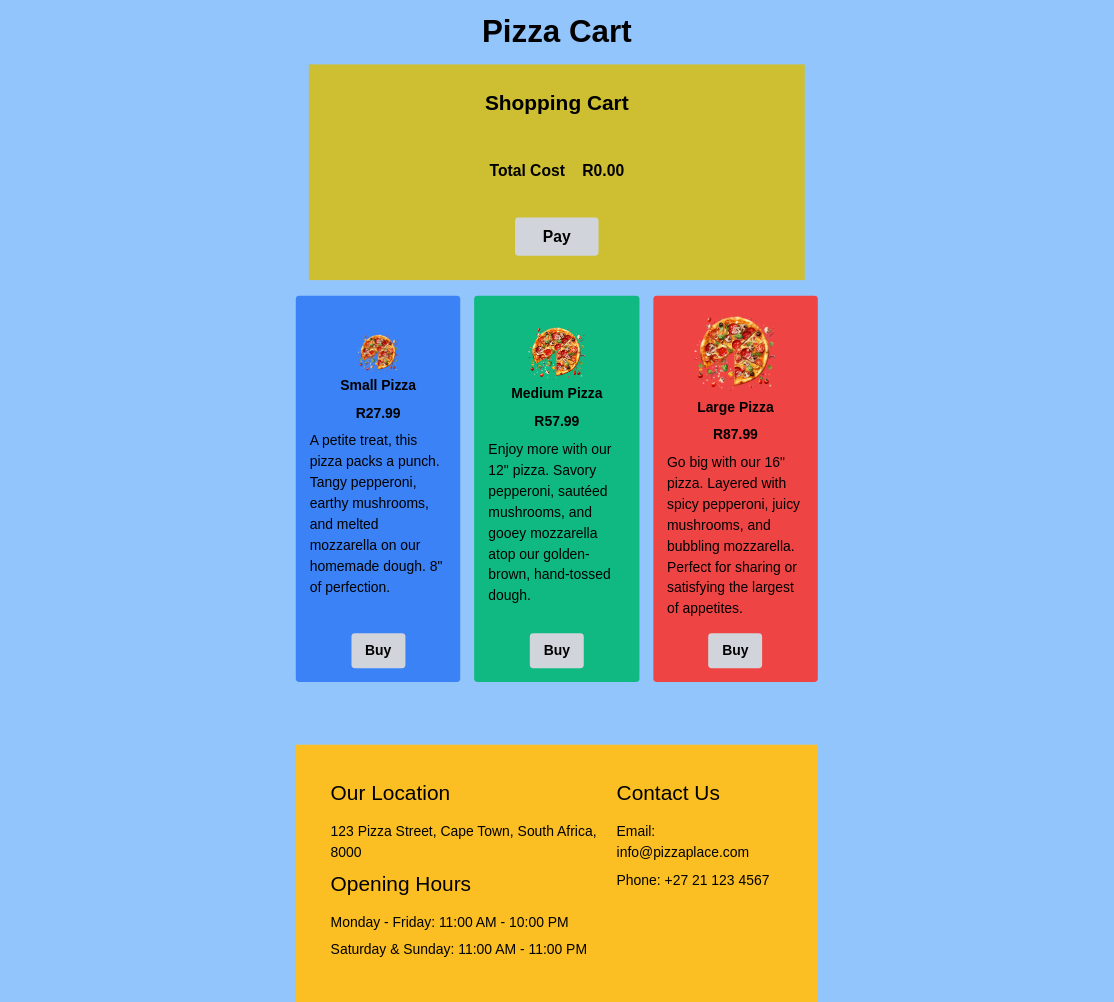
Repository: lasity34/pizza-cart-with-api
Page: index.html
The author's editor kept a copy of each file at every save. The page is drawn from the files as they stood at one save, then again after the next save.
The browser window is 1280 px wide. The pictures show the whole page, at 87% of full size.
The page's requests for data from a server got no answer. Some web fonts or font styles are not loaded; a fallback is used. Some web libraries are served in a nearby version.

Above is the page before, as saved 2023-07-13 14:14:18.
Console error (its wording comes from the project's code and is left out).

### index.html
<!DOCTYPE html>
<html lang="en">
  <head>
    <meta charset="UTF-8" />
    <meta name="viewport" content="width=device-width, initial-scale=1.0" />
    <title>Pizza Cart</title>
    <script src="//unpkg.com/alpinejs" defer></script>
    <link
      href="https://cdn.jsdelivr.net/npm/tailwindcss@2.1.2/dist/tailwind.min.css"
      rel="stylesheet"
    />
    <script
      src="https://cdnjs.cloudflare.com/ajax/libs/axios/1.4.0/axios.min.js"
      integrity="sha512-uMtXmF28A2Ab/JJO2t/vYhlaa/3ahUOgj1Zf27M5rOo8/+fcTUVH0/E0ll68njmjrLqOBjXM3V9NiPFL5ywWPQ=="
      crossorigin="anonymous"
      referrerpolicy="no-referrer"
    ></script>
    <link href="./style.css" rel="stylesheet" />
    <link rel="preconnect" href="https://fonts.googleapis.com" />
    <link rel="preconnect" href="https://fonts.gstatic.com" crossorigin />
    <link
      href="https://fonts.googleapis.com/css2?family=Titillium+Web:ital@0;1&family=Tsukimi+Rounded:wght@300;400;500&display=swap"
      rel="stylesheet"
    />
  </head>
  <body x-data="pizzaCart" class="bg-blue-300" x-cloak>
    <section class="flex justify-center items-center">
      <h1 class="text-4xl pt-4 font-bold">Pizza Cart</h1>
    </section>

    <section
      class="shop-container my-5 p-7 flex flex-col text-xs sm:text-base md:text-lg lg:text-lg justify-center items-center"
    >
      <h2 class="text-2xl mb-2 font-bold">Shopping Cart</h2>
      <div class="mt-6 flex flex-col items-center">
        <div>

        <template x-for="pizza in cartPizzas">
            <div class="flex items-center mb-4">
                <p class="font-bold mr-2" x-text="pizza.flavour"></p>
                <p x-text="pizza.size">Size</p>
                <div class="ml-5">
                  <button
                    @click="increment('large')"
                    class="bg-gray-300 hover:bg-gray-400 rounded-lg px-3 py-1 mr-2 font-bold"
                  >
                    +
                  </button>
                  <button
                    @click="decrement('large')"
                    class="bg-gray-300 hover:bg-gray-400 rounded-lg px-3 py-1 font-bold"
                  >
                    -
                  </button>
                </div>
                <p class="ml-4 text-xs sm:text-sm md:text-lg lg:text-2xl">
                  R<span x-text="pizza.price"
                    ></span
                  >
                </p>
            </div>
        </template>
        </div>
        <div class="flex justify-center mt-4">
          <p class="font-bold">Total Cost</p>
          <p class="ml-5 font-bold">
            R<span x-text="total().toFixed(2)">0.00</span>
          </p>
        </div>
        <div class="mt-4">
          <span x-html="payMessage"></span>
        </div>

        <div class="mt-4" x-show="total() !== 0" x-cloak>
          <label class="font-bold">Payment Amount:</label>
          <input
            placeholder="Enter payment here"
            type="number"
            step="0.01"
            class="rounded ml-2 py-2"
            x-model="paymentAmount"
          />
        </div>
        <div class="mt-6">
          <button
            x-cloak
            @click="paymentTotal()"
            class="bg-gray-300 hover:bg-gray-400 py-2 px-8 rounded font-bold"
          >
            <span x-text="total() === 0 ? 'Pay' : 'Checkout'"></span>
          </button>
        </div>
      </div>
    </section>

    <section class="pizza_columns">
      <div
        class="flex flex-col gap-4 mx-auto items-center lg:items-stretch lg:flex-row justify-center"
      >
        <div
          class="flex bg-blue-500 rounded p-4 w-4/5 lg:w-4/5 flex-grow flex-shrink flex flex-col justify-between text-black items-center"
        >
          <div class="flex-grow flex flex-col items-center justify-center">
            <img src="./pizza.png" width="50" />
            <h3 class="mb-2 font-bold">Small Pizza</h3>
            <h3 class="mb-2 font-bold">R27.99</h3>
            <p class="mb-4">
              A petite treat, this pizza packs a punch. Tangy pepperoni, earthy
              mushrooms, and melted mozzarella on our homemade dough. 8" of
              perfection.
            </p>
          </div>
          <button
            @click="buy('small')"
            :disabled="smallAdded"
            class="bg-gray-300 hover:bg-gray-400 transition-colors duration-300 py-2 px-4 rounded font-bold"
          >
            Buy
          </button>
        </div>
        <div
          class="pizza_md bg-green-500 rounded p-4 w-4/5 lg:w-4/5 flex-grow flex-shrink flex flex-col justify-between text-black items-center"
        >
          <div class="flex-grow flex flex-col items-center justify-center">
            <img src="./pizza.png" width="70" />
            <h3 class="mb-2 font-bold">Medium Pizza</h3>
            <h3 class="mb-2 font-bold">R57.99</h3>
            <p class="mb-4">
              Enjoy more with our 12" pizza. Savory pepperoni, sautéed
              mushrooms, and gooey mozzarella atop our golden-brown, hand-tossed
              dough.
            </p>
          </div>
          <button
            @click="buy('medium')"
            :disabled="mediumAdded"
            class="bg-gray-300 hover:bg-gray-400 transition-colors duration-300 py-2 px-4 rounded font-bold"
          >
            Buy
          </button>
        </div>
        <div
          class="pizza_lg bg-red-500 rounded p-4 w-4/5 lg:w-4/5 flex-grow flex-shrink flex flex-col justify-between text-black items-center"
        >
          <div class="flex-grow flex flex-col items-center justify-center">
            <img src="./pizza.png" width="100" />
            <h3 class="mb-2 font-bold">Large Pizza</h3>
            <h3 class="mb-2 font-bold">R87.99</h3>
            <p class="mb-4">
              Go big with our 16" pizza. Layered with spicy pepperoni, juicy
              mushrooms, and bubbling mozzarella. Perfect for sharing or
              satisfying the largest of appetites.
            </p>
          </div>
          <button
            @click="buy('large')"
            :disabled="largeAdded"
            class="bg-gray-300 hover:bg-gray-400 transition-colors duration-300 py-2 px-4 rounded font-bold"
          >
            Buy
          </button>
        </div>
      </div>
    </section>
    <!-- all pizzas display -->
    <section class="mt-8">
        <div class="flex flex-col items-center">
            <template x-for="pizza in pizzas">
                <div class="flex items-center border-b border-gray-200 bg-yellow-500 shadow-lg rounded-lg px-4 py-4 my-4 w-full max-w-xl">
                    <div class="w-24 h-24 flex-shrink-0">
                        <img src="./pizza.png" class="w-full h-full object-cover rounded-lg" />
                    </div>
                    <div class="ml-4 flex-grow flex justify-around">
                        <h5 class="text-lg font-bold text-black" x-text="pizza.flavour"></h5>
                        <p class="text-lg text-black mb-4 mr-2">R<span x-text="pizza.price"></span></p>
                    </div>
                    <div>
                        <button class="bg-gray-600 hover:bg-gray-700 text-white font-bold py-2 px-4 rounded">Buy</button>
                    </div>
                </div>
            </template>
        </div>
    </section>



    <footer class="bg-yellow-400 text-black mt-10 p-10">
      <div class="container mx-auto flex justify-between">
        <div>
          <h2 class="text-2xl mb-4">Our Location</h2>
          <p class="mb-2">123 Pizza Street, Cape Town, South Africa, 8000</p>

          <h2 class="text-2xl mb-4">Opening Hours</h2>
          <p class="mb-2">Monday - Friday: 11:00 AM - 10:00 PM</p>
          <p class="mb-2">Saturday & Sunday: 11:00 AM - 11:00 PM</p>
        </div>
        <div>
          <h2 class="text-2xl mb-4">Contact Us</h2>
          <p class="mb-2">Email: info@pizzaplace.com</p>
          <p class="mb-2">Phone: +27 21 123 4567</p>
        </div>
      </div>
    </footer>

    <div
      x-show="show"
      x-transition:enter="transition ease-out duration-300"
      x-transition:enter-start="opacity-0 transform scale-90"
      x-transition:enter-end="opacity-100 transform scale-100"
      x-transition:leave="transition ease-in duration-300"
      x-transition:leave-start="opacity-100 transform scale-100"
      x-transition:leave-end="opacity-0 transform scale-90"
      class="fixed inset-0 flex items-center justify-center z-50"
    >
      <div class="bg-green-800 text-white rounded p-5 shadow-lg">
        <p x-text="message"></p>
      </div>
    </div>

    <script src="./pizza.js"></script>
  </body>
</html>

### style.css

body {
    max-width: 600px;
    margin: 0 auto;

font-family: 'Tsukimi Rounded', sans-serif;
}

.shop-container {
    background-color: rgb(205, 190, 50);
    max-width: 95%;
    margin: 1em auto;
}

input::-webkit-outer-spin-button,
input::-webkit-inner-spin-button {
  -webkit-appearance: none;
  margin: 0;
}

input[type="number"] {
  -moz-appearance: textfield;
 text-indent: 10px;
}

[x-cloak] { display: none; }

### pizza.js
function pizzaCart() {
    return {
      smallAmount: 0,
      mediumAmount: 0,
      largeAmount: 0,
      paymentAmount: 0,
      message: "",
      payMessage: "",
      smallAdded: false,
      mediumAdded: false,
      largeAdded: false,
      show: false,
      prices: {
        small: 27.99,
        medium: 57.99,
        large: 87.99,
      },
      lastMessageAdded: '',



      pizzas: [],
      username: 'bjorn',
      cartId: 'jI0VaxiP9k',
      cartPizzas: [],
      cartTotal: 0.00,
      increment(size) {
        if (size === "small" && this.smallAdded) {
          this.smallAmount++;
        } else if (size === "medium" && this.mediumAdded) {
          this.mediumAmount++;
        } else if (size === "large" && this.largeAdded) {
          this.largeAmount++;
        }
      },
      buy(size) {
        if (size === "small") {
          this.smallAdded = true;
          this.smallAmount++;  // increment the small pizza count
          this.message = 'Small Pizza has been added';
        } else if (size === "medium") {
          this.mediumAdded = true;
          this.mediumAmount++;  // increment the medium pizza count
          this.message = 'Medium Pizza has been added';
        } else if (size === "large") {
          this.largeAdded = true;
          this.largeAmount++;  // increment the large pizza count
          this.message = 'Large Pizza has been added';
        }
        this.toggleModal();
      },
      decrement(size) {
        if(size === 'small' && this.smallAmount > 0 && this.smallAdded) {
          this.smallAmount--;
          if(this.smallAmount === 0) this.smallAdded = false;
        }
        if(size === 'medium' && this.mediumAmount > 0 && this.mediumAdded) {
          this.mediumAmount--;
          if(this.mediumAmount === 0) this.mediumAdded = false;
        }
        if(size === 'large' && this.largeAmount > 0 && this.largeAdded) {
          this.largeAmount--;
          if(this.largeAmount === 0) this.largeAdded = false;
        }
      },
      total() {
        return (
          this.smallAmount * this.prices.small +
          this.mediumAmount * this.prices.medium +
          this.largeAmount * this.prices.large
        );
      },
      paymentTotal() {
        if (this.paymentAmount < this.total()) {
          this.payMessage = `<p class='flex bg-red-600 text-white py-2 px-4 font-bold text-lg my-3 py-1'>R${(this.total() - this.paymentAmount).toFixed(2)} is needed</p>`;
          setTimeout(() => {
            this.payMessage = "";
          }, 2000);
        } else if (this.paymentAmount > this.total()) {
          this.payMessage = `<p class='flex bg-red-600 text-white py-2 px-4 font-bold text-lg my-3 py-1'>There is R${(this.paymentAmount - this.total()).toFixed(2)} too much</p>`;
          setTimeout(() => {
            this.payMessage = "";
          }, 2000);
        } else if (this.paymentAmount == this.total() && this.total() !== 0) {
          this.payMessage = "<p class='flex bg-green-600 text-white py-2 px-4 font-bold text-lg my-3 py-1'>Enjoy your pizzas<p>";
          this.reset();
          setTimeout(() => {
            this.payMessage = "";
          }, 2000);
        }
      },
      toggleModal() {
        this.show = !this.show;
        if (this.show) {
          setTimeout(() => { this.show = false; }, 2000); // Close after 2 seconds
        }
      },
      reset() {
        this.smallAmount = 0;
        this.mediumAmount = 0;
        this.largeAmount = 0;
        this.paymentAmount = 0;
        this.message = "";

        this.smallAdded = false;
        this.mediumAdded = false;
        this.largeAdded = false;
        this.show = false;
      },

      getCart() {
        const getCartURL = `https://pizza-api.projectcodex.net/api/pizza-cart/${this.cartId}/get`
      return  axios.get(getCartURL)
      },
      showCartData() {
        this.getCart().then(result => {

          const cartData = result.data
          console.log(cartData)

          this.cartPizzas = cartData.pizzas
          this.cartId = cartData.total
        })
      },
      init() {
        axios
          .get('https://pizza-api.projectcodex.net/api/pizzas')
          .then(result => {

            this.pizzas = result.data.pizzas
          })

          this.showCartData()

      },

    };
  }

  document.addEventListener("alpine:init", () => {
    Alpine.data("pizzaCart", pizzaCart);
  });

After the next save:
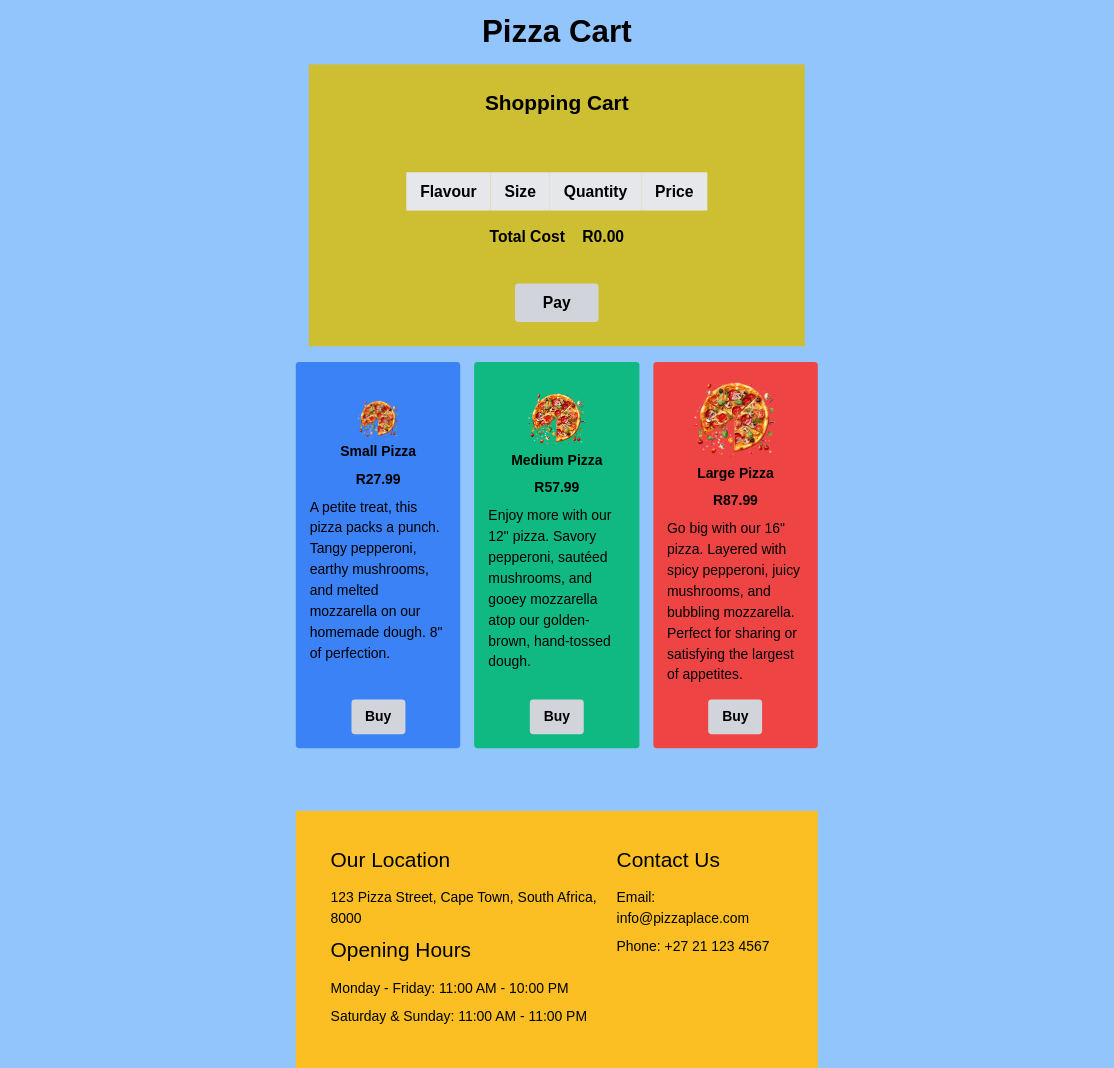
Saved 3 min 22 s later.
--- a/index.html
+++ b/index.html
@@ -34,32 +34,46 @@
       <h2 class="text-2xl mb-2 font-bold">Shopping Cart</h2>
       <div class="mt-6 flex flex-col items-center">
         <div>
-
-        <template x-for="pizza in cartPizzas">
-            <div class="flex items-center mb-4">
-                <p class="font-bold mr-2" x-text="pizza.flavour"></p>
-                <p x-text="pizza.size">Size</p>
-                <div class="ml-5">
-                  <button
-                    @click="increment('large')"
-                    class="bg-gray-300 hover:bg-gray-400 rounded-lg px-3 py-1 mr-2 font-bold"
-                  >
-                    +
-                  </button>
-                  <button
-                    @click="decrement('large')"
-                    class="bg-gray-300 hover:bg-gray-400 rounded-lg px-3 py-1 font-bold"
-                  >
-                    -
-                  </button>
-                </div>
-                <p class="ml-4 text-xs sm:text-sm md:text-lg lg:text-2xl">
-                  R<span x-text="pizza.price"
-                    ></span
-                  >
-                </p>
-            </div>
-        </template>
+            <section class="mt-8">
+                <table class="table-auto w-full">
+                    <thead>
+                        <tr class="bg-gray-200">
+                            <th class="px-4 py-2">Flavour</th>
+                            <th class="px-4 py-2">Size</th>
+                            <th class="px-4 py-2">Quantity</th>
+                            <th class="px-4 py-2">Price</th>
+                        </tr>
+                    </thead>
+                    <tbody>
+                        <template x-for="pizza in cartPizzas">
+                            <tr class="border-b border-gray-200 bg-white shadow-lg py-4">
+                                <td class="px-4 py-2 font-bold" x-text="pizza.flavour"></td>
+                                <td class="px-4 py-2" x-text="pizza.size"></td>
+                                <td class="px-4 py-2">
+                                    <div class="flex items-center justify-center">
+                                        <button
+                                            @click="increment('large')"
+                                            class="bg-gray-300 hover:bg-gray-400 rounded-lg px-3 py-1 mr-2 font-bold"
+                                        >
+                                            +
+                                        </button>
+                                        <button
+                                            @click="decrement('large')"
+                                            class="bg-gray-300 hover:bg-gray-400 rounded-lg px-3 py-1 font-bold"
+                                        >
+                                            -
+                                        </button>
+                                    </div>
+                                </td>
+                                <td class="px-4 py-2 text-xs sm:text-sm md:text-lg lg:text-2xl">
+                                    R<span x-text="pizza.price"></span>
+                                </td>
+                            </tr>
+                        </template>
+                    </tbody>
+                </table>
+            </section>
+
         </div>
         <div class="flex justify-center mt-4">
           <p class="font-bold">Total Cost</p>
